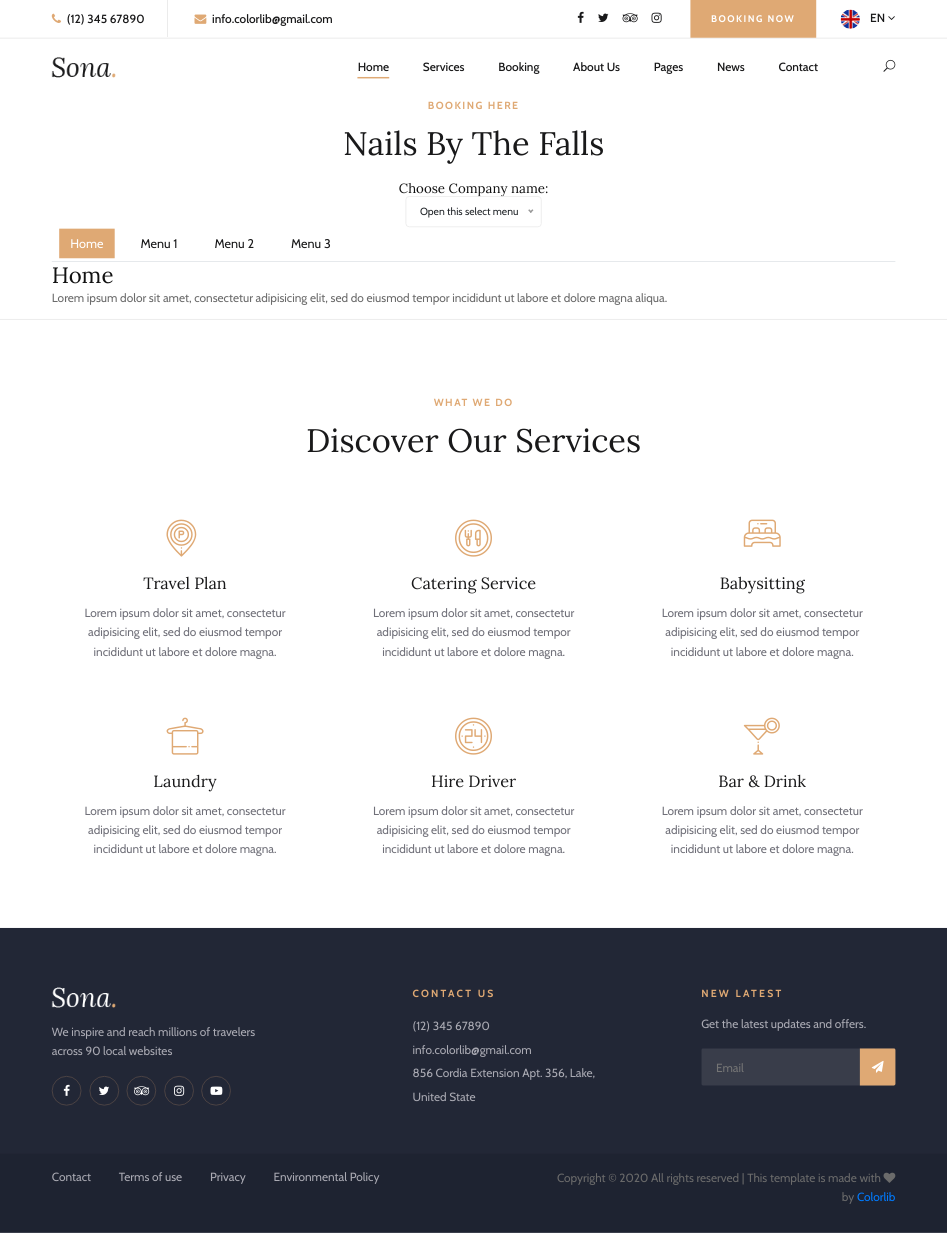
Repository: KeriBoss/Booking_Spa
Page: booking.html
An editor plug-in stored every save of this project. The page is shown before and after the next save, followed by the edit.
The browser window is 1280 px wide. The pictures show the whole page, at 74% of full size.

Above is the page before, as saved 2023-05-19 16:06:37.

### booking.html
<!DOCTYPE html>
<html lang="zxx">

<head>
    <meta charset="UTF-8" />
    <meta name="description" content="Sona Template" />
    <meta name="keywords" content="Sona, unica, creative, html" />
    <meta name="viewport" content="width=device-width, initial-scale=1.0" />
    <meta http-equiv="X-UA-Compatible" content="ie=edge" />
    <title>Nail | Template</title>

    <!-- Google Font -->
    <link href="https://fonts.googleapis.com/css?family=Lora:400,700&display=swap" rel="stylesheet" />
    <link href="https://fonts.googleapis.com/css?family=Cabin:400,500,600,700&display=swap" rel="stylesheet" />

    <!-- Css Styles -->
    <link rel="stylesheet" href="css/bootstrap.min.css" type="text/css" />
    <link rel="stylesheet" href="css/font-awesome.min.css" type="text/css" />
    <link rel="stylesheet" href="css/elegant-icons.css" type="text/css" />
    <link rel="stylesheet" href="css/flaticon.css" type="text/css" />
    <link rel="stylesheet" href="css/owl.carousel.min.css" type="text/css" />
    <link rel="stylesheet" href="css/nice-select.css" type="text/css" />
    <link rel="stylesheet" href="css/jquery-ui.min.css" type="text/css" />
    <link rel="stylesheet" href="css/magnific-popup.css" type="text/css" />
    <link rel="stylesheet" href="css/slicknav.min.css" type="text/css" />
    <link rel="stylesheet" href="css/style.css" type="text/css" />
</head>

<body>
    <!-- Page Preloder -->
    <div id="preloder">
        <div class="loader"></div>
    </div>

    <!-- Offcanvas Menu Section Begin -->
    <div class="offcanvas-menu-overlay"></div>
    <div class="canvas-open">
        <i class="icon_menu"></i>
    </div>
    <div class="offcanvas-menu-wrapper">
        <div class="canvas-close">
            <i class="icon_close"></i>
        </div>
        <div class="search-icon search-switch">
            <i class="icon_search"></i>
        </div>
        <div class="header-configure-area">
            <div class="language-option">
                <img src="img/flag.jpg" alt="" />
                <span>EN <i class="fa fa-angle-down"></i></span>
                <div class="flag-dropdown">
                    <ul>
                        <li><a href="#">Zi</a></li>
                        <li><a href="#">Fr</a></li>
                    </ul>
                </div>
            </div>
            <a href="#" class="bk-btn">Booking Now</a>
        </div>
        <nav class="mainmenu mobile-menu">
            <ul>
                <li class="active"><a href="./index.html">Home</a></li>
                <li><a href="./rooms.html">Rooms</a></li>
                <li><a href="./about-us.html">About Us</a></li>
                <li>
                    <a href="./pages.html">Pages</a>
                    <ul class="dropdown">
                        <li><a href="./room-details.html">Room Details</a></li>
                        <li><a href="#">Deluxe Room</a></li>
                        <li><a href="#">Family Room</a></li>
                        <li><a href="#">Premium Room</a></li>
                    </ul>
                </li>
                <li><a href="./blog.html">News</a></li>
                <li><a href="./contact.html">Contact</a></li>
            </ul>
        </nav>
        <div id="mobile-menu-wrap"></div>
        <div class="top-social">
            <a href="#"><i class="fa fa-facebook"></i></a>
            <a href="#"><i class="fa fa-twitter"></i></a>
            <a href="#"><i class="fa fa-tripadvisor"></i></a>
            <a href="#"><i class="fa fa-instagram"></i></a>
        </div>
        <ul class="top-widget">
            <li><i class="fa fa-phone"></i> (12) 345 67890</li>
            <li><i class="fa fa-envelope"></i> info.colorlib@gmail.com</li>
        </ul>
    </div>
    <!-- Offcanvas Menu Section End -->

    <!-- Header Section Begin -->
    <header class="header-section">
        <div class="top-nav">
            <div class="container">
                <div class="row">
                    <div class="col-lg-6">
                        <ul class="tn-left">
                            <li><i class="fa fa-phone"></i> (12) 345 67890</li>
                            <li><i class="fa fa-envelope"></i> info.colorlib@gmail.com</li>
                        </ul>
                    </div>
                    <div class="col-lg-6">
                        <div class="tn-right">
                            <div class="top-social">
                                <a href="#"><i class="fa fa-facebook"></i></a>
                                <a href="#"><i class="fa fa-twitter"></i></a>
                                <a href="#"><i class="fa fa-tripadvisor"></i></a>
                                <a href="#"><i class="fa fa-instagram"></i></a>
                            </div>
                            <a href="#" class="bk-btn">Booking Now</a>
                            <div class="language-option">
                                <img src="img/flag.jpg" alt="" />
                                <span>EN <i class="fa fa-angle-down"></i></span>
                                <div class="flag-dropdown">
                                    <ul>
                                        <li><a href="#">Zi</a></li>
                                        <li><a href="#">Fr</a></li>
                                    </ul>
                                </div>
                            </div>
                        </div>
                    </div>
                </div>
            </div>
        </div>
        <div class="menu-item">
            <div class="container">
                <div class="row">
                    <div class="col-lg-2">
                        <div class="logo">
                            <a href="./index.html">
                                <img src="img/logo.png" alt="" />
                            </a>
                        </div>
                    </div>
                    <div class="col-lg-10">
                        <div class="nav-menu">
                            <nav class="mainmenu">
                                <ul>
                                    <li class="active"><a href="./index.html">Home</a></li>
                                    <li><a href="./rooms.html">Services</a></li>
                                    <li><a href="./rooms.html">Booking</a></li>
                                    <li><a href="./about-us.html">About Us</a></li>
                                    <li>
                                        <a href="./pages.html">Pages</a>
                                        <ul class="dropdown">
                                            <li><a href="./room-details.html">Room Details</a></li>
                                            <li><a href="./blog-details.html">Blog Details</a></li>
                                            <li><a href="#">Family Room</a></li>
                                            <li><a href="#">Premium Room</a></li>
                                        </ul>
                                    </li>
                                    <li><a href="./blog.html">News</a></li>
                                    <li><a href="./contact.html">Contact</a></li>
                                </ul>
                            </nav>
                            <div class="nav-right search-switch">
                                <i class="icon_search"></i>
                            </div>
                        </div>
                    </div>
                </div>
            </div>
        </div>
    </header>
    <!-- Header End -->

    <!-- Booking start-->
    <section class="booking-nail">
        <div class="container">
            <div class="row">
                <div class="col-lg-12">
                    <div class="section-title">
                        <span>Booking here</span>
                        <h2>Nails By The Falls</h2>
                    </div>
                </div>
                <div class="col-lg-12 text-center">
                    <h5>Choose Company name: </h5>
                </div>
                <div class="col-lg-12">
                    <div class="d-flex justify-content-center align-items-center flex-wrap">
                        <select class="form-select" aria-label="Default select example">
                            <option selected>Open this select menu</option>
                            <option value="1">One</option>
                            <option value="2">Two</option>
                            <option value="3">Three</option>
                          </select>
                    </div>
                </div>
                <div class="col-lg-12">
                    <div class="card-booking">
                        <ul class="nav nav-tabs">
                            <li class="active"><a class="active" data-toggle="tab" href="#home">Home</a></li>
                            <li><a data-toggle="tab" href="#menu1">Menu 1</a></li>
                            <li><a data-toggle="tab" href="#menu2">Menu 2</a></li>
                            <li><a data-toggle="tab" href="#menu3">Menu 3</a></li>
                        </ul>

                        <div class="tab-content">
                            <div id="home" class="tab-pane fade show active">
                                <h3>Home</h3>
                                <p>Lorem ipsum dolor sit amet, consectetur adipisicing elit, sed do eiusmod tempor
                                    incididunt ut labore et dolore magna aliqua.</p>
                            </div>

                            <div id="menu1" class="tab-pane fade">
                                <h3>Menu 1</h3>
                                <p>Lorem ipsum dolor sit amet, consectetur adipisicing elit, sed do eiusmod tempor
                                    incididunt ut labore et dolore magna aliqua.</p>
                            </div>

                            <div id="menu2" class="tab-pane fade">
                                <h3>Menu 2</h3>
                                <p>Lorem ipsum dolor sit amet, consectetur adipisicing elit, sed do eiusmod tempor
                                    incididunt ut labore et dolore magna aliqua.</p>
                            </div>

                            <div id="menu3" class="tab-pane fade">
                                <h3>Menu 3</h3>
                                <p>Lorem ipsum dolor sit amet, consectetur adipisicing elit, sed do eiusmod tempor
                                    incididunt ut labore et dolore magna aliqua.</p>
                            </div>

                        </div>

                    </div>
                </div>
            </div>
        </div>
    </section>
    <!-- Booking end-->

    <!-- Services Section End -->
    <section class="services-section spad">
        <div class="container">
            <div class="row">
                <div class="col-lg-12">
                    <div class="section-title">
                        <span>What We Do</span>
                        <h2>Discover Our Services</h2>
                    </div>
                </div>
            </div>
            <div class="row">
                <div class="col-lg-4 col-sm-6">
                    <div class="service-item">
                        <i class="flaticon-036-parking"></i>
                        <h4>Travel Plan</h4>
                        <p>
                            Lorem ipsum dolor sit amet, consectetur adipisicing elit, sed do
                            eiusmod tempor incididunt ut labore et dolore magna.
                        </p>
                    </div>
                </div>
                <div class="col-lg-4 col-sm-6">
                    <div class="service-item">
                        <i class="flaticon-033-dinner"></i>
                        <h4>Catering Service</h4>
                        <p>
                            Lorem ipsum dolor sit amet, consectetur adipisicing elit, sed do
                            eiusmod tempor incididunt ut labore et dolore magna.
                        </p>
                    </div>
                </div>
                <div class="col-lg-4 col-sm-6">
                    <div class="service-item">
                        <i class="flaticon-026-bed"></i>
                        <h4>Babysitting</h4>
                        <p>
                            Lorem ipsum dolor sit amet, consectetur adipisicing elit, sed do
                            eiusmod tempor incididunt ut labore et dolore magna.
                        </p>
                    </div>
                </div>
                <div class="col-lg-4 col-sm-6">
                    <div class="service-item">
                        <i class="flaticon-024-towel"></i>
                        <h4>Laundry</h4>
                        <p>
                            Lorem ipsum dolor sit amet, consectetur adipisicing elit, sed do
                            eiusmod tempor incididunt ut labore et dolore magna.
                        </p>
                    </div>
                </div>
                <div class="col-lg-4 col-sm-6">
                    <div class="service-item">
                        <i class="flaticon-044-clock-1"></i>
                        <h4>Hire Driver</h4>
                        <p>
                            Lorem ipsum dolor sit amet, consectetur adipisicing elit, sed do
                            eiusmod tempor incididunt ut labore et dolore magna.
                        </p>
                    </div>
                </div>
                <div class="col-lg-4 col-sm-6">
                    <div class="service-item">
                        <i class="flaticon-012-cocktail"></i>
                        <h4>Bar & Drink</h4>
                        <p>
                            Lorem ipsum dolor sit amet, consectetur adipisicing elit, sed do
                            eiusmod tempor incididunt ut labore et dolore magna.
                        </p>
                    </div>
                </div>
            </div>
        </div>
    </section>
    <!-- Services Section End -->

    <!-- Footer Section Begin -->
    <footer class="footer-section">
        <div class="container">
            <div class="footer-text">
                <div class="row">
                    <div class="col-lg-4">
                        <div class="ft-about">
                            <div class="logo">
                                <a href="#">
                                    <img src="img/footer-logo.png" alt="" />
                                </a>
                            </div>
                            <p>
                                We inspire and reach millions of travelers<br />
                                across 90 local websites
                            </p>
                            <div class="fa-social">
                                <a href="#"><i class="fa fa-facebook"></i></a>
                                <a href="#"><i class="fa fa-twitter"></i></a>
                                <a href="#"><i class="fa fa-tripadvisor"></i></a>
                                <a href="#"><i class="fa fa-instagram"></i></a>
                                <a href="#"><i class="fa fa-youtube-play"></i></a>
                            </div>
                        </div>
                    </div>
                    <div class="col-lg-3 offset-lg-1">
                        <div class="ft-contact">
                            <h6>Contact Us</h6>
                            <ul>
                                <li>(12) 345 67890</li>
                                <li>info.colorlib@gmail.com</li>
                                <li>856 Cordia Extension Apt. 356, Lake, United State</li>
                            </ul>
                        </div>
                    </div>
                    <div class="col-lg-3 offset-lg-1">
                        <div class="ft-newslatter">
                            <h6>New latest</h6>
                            <p>Get the latest updates and offers.</p>
                            <form action="#" class="fn-form">
                                <input type="text" placeholder="Email" />
                                <button type="submit"><i class="fa fa-send"></i></button>
                            </form>
                        </div>
                    </div>
                </div>
            </div>
        </div>
        <div class="copyright-option">
            <div class="container">
                <div class="row">
                    <div class="col-lg-7">
                        <ul>
                            <li><a href="#">Contact</a></li>
                            <li><a href="#">Terms of use</a></li>
                            <li><a href="#">Privacy</a></li>
                            <li><a href="#">Environmental Policy</a></li>
                        </ul>
                    </div>
                    <div class="col-lg-5">
                        <div class="co-text">
                            <p>
                                <!-- Link back to Colorlib can't be removed. Template is licensed under CC BY 3.0. -->
                                Copyright &copy;
                                <script>
                                    document.write(new Date().getFullYear());
                                </script>
                                All rights reserved | This template is made with
                                <i class="fa fa-heart" aria-hidden="true"></i> by
                                <a href="https://colorlib.com" target="_blank">Colorlib</a>
                                <!-- Link back to Colorlib can't be removed. Template is licensed under CC BY 3.0. -->
                            </p>
                        </div>
                    </div>
                </div>
            </div>
        </div>
    </footer>
    <!-- Footer Section End -->

    <!-- Search model Begin -->
    <div class="search-model">
        <div class="h-100 d-flex align-items-center justify-content-center">
            <div class="search-close-switch"><i class="icon_close"></i></div>
            <form class="search-model-form">
                <input type="text" id="search-input" placeholder="Search here....." />
            </form>
        </div>
    </div>
    <!-- Search model end -->

    <!-- Js Plugins -->
    <script src="js/jquery-3.3.1.min.js"></script>
    <script src="js/bootstrap.min.js"></script>
    <script src="js/jquery.magnific-popup.min.js"></script>
    <script src="js/jquery.nice-select.min.js"></script>
    <script src="js/jquery-ui.min.js"></script>
    <script src="js/jquery.slicknav.js"></script>
    <script src="js/owl.carousel.min.js"></script>
    <script src="js/main.js"></script>
</body>

</html>

Loaded but not shown: css/bootstrap.min.css (library); css/font-awesome.min.css (library); css/flaticon.css (common file); css/owl.carousel.min.css (library); css/nice-select.css (common file); css/jquery-ui.min.css (library); css/magnific-popup.css (library); css/slicknav.min.css (common file); js/jquery-3.3.1.min.js (library); js/bootstrap.min.js (library); js/jquery.magnific-popup.min.js (library); js/jquery.nice-select.min.js (common file); js/jquery-ui.min.js (library); js/jquery.slicknav.js (library); js/owl.carousel.min.js (library); js/main.js (109 lines, source omitted); css/style.css (2354 lines, source omitted); css/elegant-icons.css (1157 lines, source omitted)

After the next save:
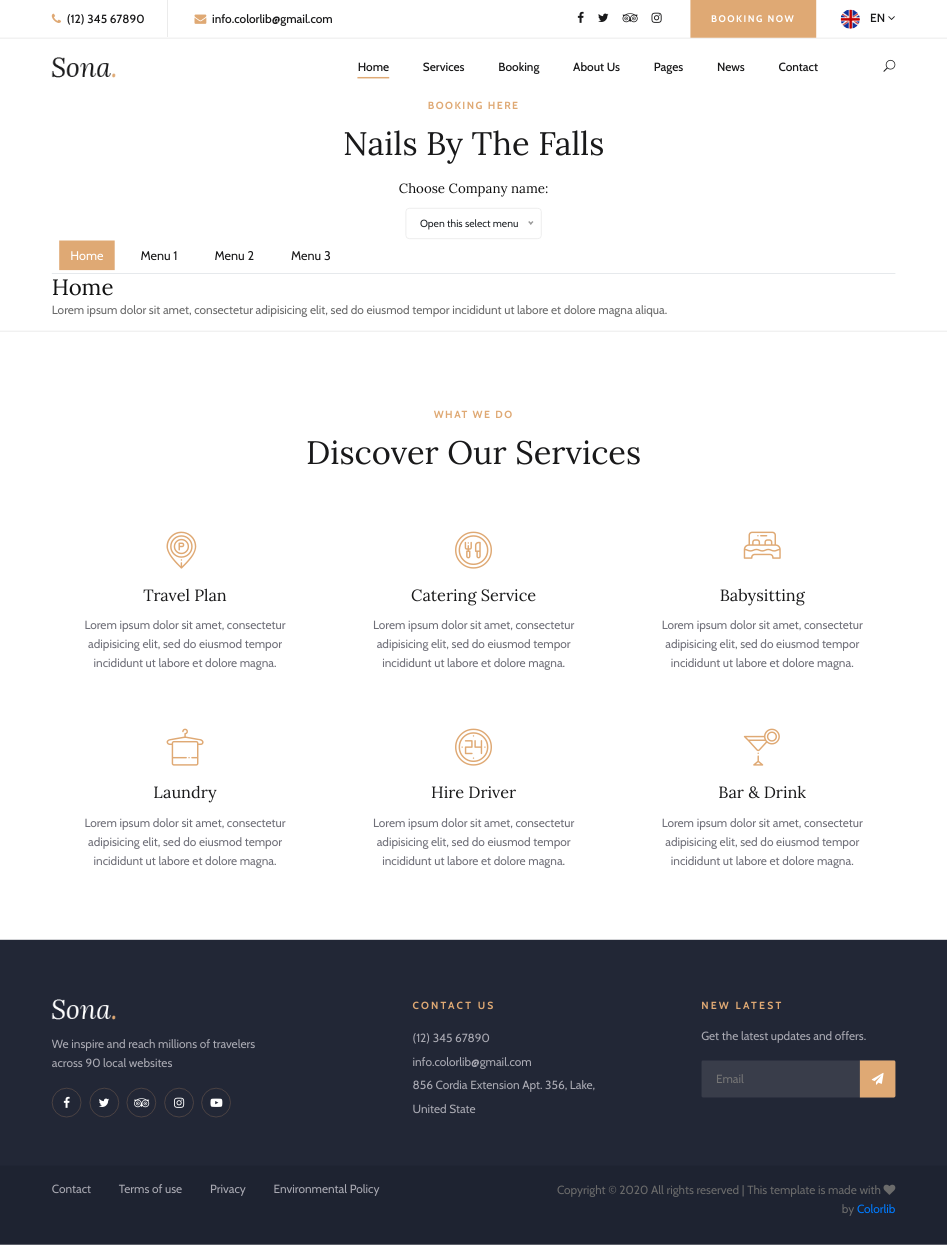
Saved 8 s later.
--- a/booking.html
+++ b/booking.html
@@ -176,7 +176,7 @@
                         <h2>Nails By The Falls</h2>
                     </div>
                 </div>
-                <div class="col-lg-12 text-center">
+                <div class="col-lg-12 text-center mb-3">
                     <h5>Choose Company name: </h5>
                 </div>
                 <div class="col-lg-12">
